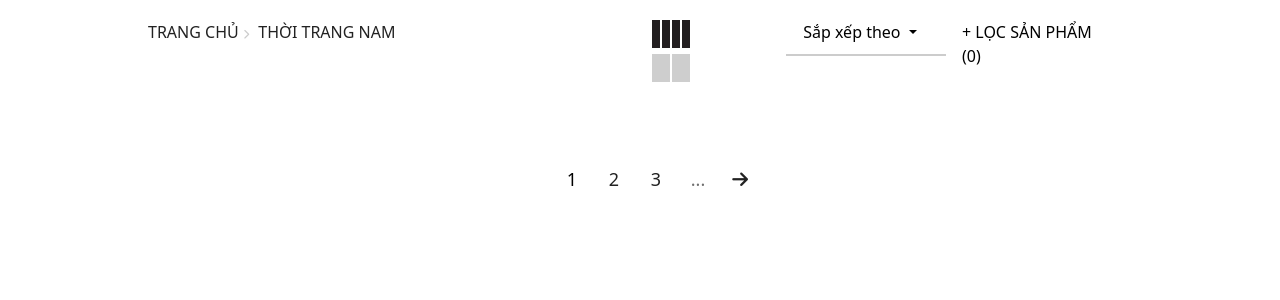
Repository: NguyenQuangQuan021099/FE_Page-Male
Page: index.html
These files come from the project's save history. The page is drawn as it stood at one moment and after a run of saves; the edit follows.
The browser window is 1280 px wide. The pictures show the whole page.
The page's requests for data from a server got no answer. Some web libraries are served in a nearby version.

Above is the page before, as saved 2021-07-09 09:14:16.

### index.html
<!DOCTYPE html>
<html lang="en">
<head>
    <meta charset="UTF-8">
    <meta http-equiv="X-UA-Compatible" content="IE=edge">
    <script src="https://kit.fontawesome.com/ce2ff1d6ed.js" crossorigin="anonymous"></script>
    <link href="https://cdn.jsdelivr.net/npm/bootstrap@5.0.1/dist/css/bootstrap.min.css" rel="stylesheet" integrity="sha384-+0n0xVW2eSR5OomGNYDnhzAbDsOXxcvSN1TPprVMTNDbiYZCxYbOOl7+AMvyTG2x" crossorigin="anonymous">
    <script src="https://code.jquery.com/jquery-3.6.0.min.js" integrity="sha256-/xUj+3OJU5yExlq6GSYGSHk7tPXikynS7ogEvDej/m4=" crossorigin="anonymous"></script>
    <meta name="viewport" content="width=device-width, initial-scale=1.0">
    <link rel="stylesheet" href="grid.css">
    <link rel="stylesheet" href="style.css">
    <title>Trang Nam</title>
</head>
<body>
<div class="grid main wide">
<!-- -------------------------Begin Nav-------------------------------------------------- -->
<div class="category__product__action row ">
    <div class="breadcrumbs col l-6">
        <a href="" title="Đi đến trang chủ">TRANG CHỦ</a>
        <i style="color: #ccc; font-size: 10px; margin-right: 5px; padding-bottom: 2px;" class="fas fa-chevron-right"></i>
        <span style="color: #222">THỜI TRANG NAM</span>
    </div>
    <div class="sub__category__product__action col l-6">
      <div class="nav-2 row ">
        <div class="toolbar__product col l-2 ">
          <a href="#" class="active" title="Lưới" ></a>
          <a href="./Danh sách/page1.html" class="disable" title="Danh sách" ></a>
        </div>
        <!-- --------------begin dropdown ------------------>
        <div class="dropdown col l-3 ">
          <button class="btn btn-secondary dropdown-toggle" type="button" id="dropdownMenuButton1" data-bs-toggle="dropdown" aria-expanded="false">
            Sắp xếp theo
          </button>
          <ul class="dropdown-menu sorter" aria-labelledby="dropdownMenuButton1" .>
            <li><a class="dropdown-item" href="#">Thứ tự chữ cái A-Z</a></li>
            <li><a class="dropdown-item" href="#">Thứ tự chữ cái Z-A</a></li>
            <li><a class="dropdown-item" href="#">Giá tăng dần</a></li>
            <li><a class="dropdown-item" href="#">Giá giảm dần</a></li>
            <li><a class="dropdown-item" href="#">Sản phẩm mới nhất</a></li>
          </ul>
        </div>
      <!-- -------------------end dropdown ---------------->

    <!-------------------- begin filter---------------- -->
  <div class="filter__toggle col l-4">
    <div class="list-group">
      <button class="list-group-item list-group-item-action actived-list" aria-current="true" >
        + LỌC SẢN PHẨM (0)
      </button>
      <div class="list-select">
        <div class="list-group-item list-group-item-action reset-close">
          <button class="reset">ĐẶT LẠI</button>
          <button class="close">ĐÓNG</button>
        </div>
        <div class="filter-option-list">
          <div class="filter-option">
            <button class="list-group-item list-group-item-action btn__item actived">NHÓM
              <div class="icon">
                <i class="fas fa-plus icon-1"></i>
                <i class="fas fa-minus icon-2"></i>
              </div>
            </button>
            <div class="item__male">
              <ul class="items">
                <li class="item"> <a href="">ÁO NAM</a></li>
                <li class="item"> <a href="">QUẦN NAM</a></li>
                <li class="item"> <a href="">GIÀY DÉP NAM</a></li>
                <li class="item"> <a href="">PHỤ KIỆN THỜI TRANG NAM</a></li>
              </ul>
            </div>
          </div>

        <div class="filter-option">
          <button class="list-group-item list-group-item-action btn__item actived">KÍCH CỠ
            <div class="icon">
              <i class="fas fa-plus icon-1"></i>
              <i class="fas fa-minus icon-2"></i>
            </div>
          </button>
          <div class="item__male">
            <ul class="items items-size">

            </ul>
          </div>
        </div>
        <div class="filter-option">
          <button class="list-group-item list-group-item-action btn__item">MÀU TRANG PHỤC</button>
        </div>
        <div class="filter-option">
        <button class="list-group-item list-group-item-action btn__item">GÍA TIỀN</button>
        </div>
        </div>
      </div>
    </div>
  </div>
  </div>
<!-- -------------------End filter--------------------- -->
</div>
</div>

<!-- --------------------End Nav----------------------- -->

<!-------------------Begin product--------------------- -->
<div class="product">
        <ol id="product-list-items" class="row">

        </ol>
</div>
<!-------------------End product--------------------- -->

<!-- -------------Begin pagination --------------------->
<div class="pagination ">
  <ul class="list__pag ">
    <li class="item__current"><a href="#">1</a></li>
        <li class="item"><a href="#">2</a></li>
        <li class="item"><a href="#">3</a></li>
        <li class="item"><span>...</span></li>
        <li class="item__next"><a href="#" title="Tiếp theo"><i class="fas fa-arrow-right"></i></a></li>
  </ul>
</div>
<!-- -------------End pagination ---------------------->
</div>
    <script src="./app.js"></script>
    <script src="https://cdn.jsdelivr.net/npm/@popperjs/core@2.9.2/dist/umd/popper.min.js" integrity="sha384-IQsoLXl5PILFhosVNubq5LC7Qb9DXgDA9i+tQ8Zj3iwWAwPtgFTxbJ8NT4GN1R8p" crossorigin="anonymous"></script>
    <script src="https://cdn.jsdelivr.net/npm/bootstrap@5.0.1/dist/js/bootstrap.min.js" integrity="sha384-Atwg2Pkwv9vp0ygtn1JAojH0nYbwNJLPhwyoVbhoPwBhjQPR5VtM2+xf0Uwh9KtT" crossorigin="anonymous"></script>
</body>
</html>

### grid.css
.grid{
    width: 100%;
    display: block;
    padding: 0;
}

.grid.wide{
    max-width: 1200px;
    margin: 0 auto;
}

.row{
    display: flex;
    flex-wrap: wrap;
    margin-left: -4px;
    margin-right: -4px;
}

.row.no-gutters{
    margin-left: 0;
    margin-right: 0;
}

.col{
    padding-left: 4px;
    padding-right: 4px;
}

.row.no-gutters .col{
    margin-left: 0;
    margin-right: 0;
}
/* c - làm cho mobile */
.c-0{
    display: none;
}

.c-1{
    flex: 0 0 8.33333%;
    max-width: 8.33333%;
}

.c-2{
    flex: 0 0 16.66667%;
    max-width: 16.666667%;
}

.c-3{
    flex: 0 0 25%;
    max-width: 25%;
}

.c-4{
    flex: 0 0 33.33333%;
    max-width: 33.33333% ;
}

.c-5{
    flex: 0 0 41.66667%;
    max-width: 41.66667% ;
}

.c-6{
    flex: 0 0 50%;
    max-width: 50% ;
}

.c-7{
    flex: 0 0 58.33333%;
    max-width: 58.33333% ;
}

.c-8{
    flex: 0 0 66.66667%;
    max-width: 66.66667% ;
}

.c-9{
    flex: 0 0 75%;
    max-width: 75% ;
}

.c-10{
    flex: 0 0 83.33333%;
    max-width: 83.33333% ;
}

.c-11{
    flex: 0 0 91.66667%;
    max-width: 91.66667% ;
}

.c-12{
    flex: 0 0 100%;
    max-width: 100% ;
}

.c-o-1{
    margin-left: 8.33333%;
}

.c-o-2{
    margin-left: 16.666667%;
}

.c-o-3{
    margin-left: 25%;
}

.c-o-4{
    margin-left: 33.33333% ;
}

.c-o-5{
    margin-left: 41.66667% ;
}

.c-o-6{
    margin-left: 50% ;
}

.c-o-7{
    margin-left: 58.33333% ;
}

.c-o-8{
    margin-left: 66.66667% ;
}

.c-o-9{
    margin-left: 75% ;
}

.c-o-10{
    margin-left: 83.33333% ;
}

.c-o-11{
    margin-left: 91.66667% ;
}

/* Tablet ~ PC low resolution */
@media (min-width: 740px) and (max-width: 1023px) {
    .wide{
        width: 644px;
    }

    .col{
        padding-left: 4px;
        padding-right: 4px;
    }
}


/* >= Tablet */
@media (min-width: 740px)  {
   .row{
    margin-left: -8px;
    margin-right: -8px;
   }

   .col{
    padding-left: 4px;
    padding-right: 4px;
    }

    .m-0{
        display: none;
    }

    .m-1,
    .m-2,
    .m-3,
    .m-4,
    .m-5,
    .m-6,
    .m-7,
    .m-8,
    .m-9,
    .m-10,
    .m-11,
    .m-12{
        display: block;
    }

    .m-1{
        flex: 0 0 8.33333%;
        max-width: 8.33333%;
    }

    .m-2{
        flex: 0 0 16.66667%;
        max-width: 16.666667%;
    }

    .m-3{
        flex: 0 0 25%;
        max-width: 25%;
    }

    .m-4{
        flex: 0 0 33.33333%;
        max-width: 33.33333% ;
    }

    .m-5{
        flex: 0 0 41.66667%;
        max-width: 41.66667% ;
    }

    .m-6{
        flex: 0 0 50%;
        max-width: 50% ;
    }

    .m-7{
        flex: 0 0 58.33333%;
        max-width: 58.33333% ;
    }

    .m-8{
        flex: 0 0 66.66667%;
        max-width: 66.66667% ;
    }

    .m-9{
        flex: 0 0 75%;
        max-width: 75% ;
    }

    .m-10{
        flex: 0 0 83.33333%;
        max-width: 83.33333% ;
    }

    .m-11{
        flex: 0 0 91.66667%;
        max-width: 91.66667% ;
    }

    .m-12{
        flex: 0 0 100%;
        max-width: 100% ;
    }

    .m-o-1{
        margin-left: 8.33333%;
    }

    .m-o-2{
        margin-left: 16.666667%;
    }

    .m-o-3{
        margin-left: 25%;
    }

    .m-o-4{
        margin-left: 33.33333% ;
    }

    .m-o-5{
        margin-left: 41.66667% ;
    }

    .m-o-6{
        margin-left: 50% ;
    }

    .m-o-7{
        margin-left: 58.33333% ;
    }

    .m-o-8{
        margin-left: 66.66667% ;
    }

    .m-o-9{
        margin-left: 75% ;
    }

    .m-o-10{
        margin-left: 83.33333% ;
    }

    .m-o-11{
        margin-left: 91.66667% ;
    }



}

/* > PC low resolution */
@media (min-width: 1113px)  {
    .row{
        margin-left: -12px;
        margin-right: -12px;
       }

    .col{
        padding-left: 4px;
        padding-right: 4px;
    }

    .l-0{
        display: none;
    }

    .l-1,
    .l-2,
    .l-3,
    .l-4,
    .l-5,
    .l-6,
    .l-7,
    .l-8,
    .l-9,
    .l-10,
    .l-11,
    .l-12{
        display: block;
    }

    .l-1{
        flex: 0 0 8.33333%;
        max-width: 8.33333%;
    }

    .l-2{
        flex: 0 0 16.66667%;
        max-width: 16.666667%;
    }

    .l-3{
        flex: 0 0 25%;
        max-width: 25%;
    }

    .l-4{
        flex: 0 0 33.33333%;
        max-width: 33.33333% ;
    }

    .l-5{
        flex: 0 0 41.66667%;
        max-width: 41.66667% ;
    }

    .l-6{
        flex: 0 0 50%;
        max-width: 50% ;
    }

    .l-7{
        flex: 0 0 58.33333%;
        max-width: 58.33333% ;
    }

    .l-8{
        flex: 0 0 66.66667%;
        max-width: 66.66667% ;
    }

    .l-9{
        flex: 0 0 75%;
        max-width: 75% ;
    }

    .l-10{
        flex: 0 0 83.33333%;
        max-width: 83.33333% ;
    }

    .l-11{
        flex: 0 0 91.66667%;
        max-width: 91.66667% ;
    }

    .l-12{
        flex: 0 0 100%;
        max-width: 100% ;
    }

    .l-o-1{
        margin-left: 8.33333%;
    }

    .l-o-2{
        margin-left: 16.666667%;
    }

    .l-o-3{
        margin-left: 25%;
    }

    .l-o-4{
        margin-left: 33.33333% ;
    }

    .l-o-5{
        margin-left: 41.66667% ;
    }

    .l-o-6{
        margin-left: 50% ;
    }

    .l-o-7{
        margin-left: 58.33333% ;
    }

    .l-o-8{
        margin-left: 66.66667% ;
    }

    .l-o-9{
        margin-left: 75% ;
    }

    .l-o-10{
        margin-left: 83.33333% ;
    }

    .l-o-11{
        margin-left: 91.66667% ;
    }
}


/* PC low resolution */
@media (min-width: 1024px) and (max-width: 1366px) {
    .wide{
        width: 984px;
    }

    .wide .row{
        margin-left: -12px;
        margin-right: -12px;
    }

    .wide .col{
        padding-left: 12px;
        padding-right: 12px;
    }

    .wide .l-0{
        display: none;
    }

    .wide .l-1,
    .wide .l-2,
    .wide .l-3,
    .wide .l-4,
    .wide .l-5,
    .wide .l-6,
    .wide .l-7,
    .wide .l-8,
    .wide .l-9,
    .wide .l-10,
    .wide .l-11,
    .wide .l-12{
        display: block;
    }

    .wide .l-1{
        flex: 0 0 8.33333%;
        max-width: 8.33333%;
    }

    .wide .l-2{
        flex: 0 0 16.66667%;
        max-width: 16.666667%;
    }

    .wide .l-3{
        flex: 0 0 25%;
        max-width: 25%;
    }

    .wide .l-4{
        flex: 0 0 33.33333%;
        max-width: 33.33333% ;
    }

    .wide .l-5{
        flex: 0 0 41.66667%;
        max-width: 41.66667% ;
    }

    .wide .l-6{
        flex: 0 0 50%;
        max-width: 50% ;
    }

    .wide .l-7{
        flex: 0 0 58.33333%;
        max-width: 58.33333% ;
    }

    .wide .l-8{
        flex: 0 0 66.66667%;
        max-width: 66.66667% ;
    }

    .wide .l-9{
        flex: 0 0 75%;
        max-width: 75% ;
    }

    .wide .l-10{
        flex: 0 0 83.33333%;
        max-width: 83.33333% ;
    }

    .wide .l-11{
        flex: 0 0 91.66667%;
        max-width: 91.66667% ;
    }

    .wide .l-12{
        flex: 0 0 100%;
        max-width: 100% ;
    }

    .wide .l-o-1{
        margin-left: 8.33333%;
    }

    .wide .l-o-2{
        margin-left: 16.666667%;
    }

    .wide .l-o-3{
        margin-left: 25%;
    }

    .wide .l-o-4{
        margin-left: 33.33333% ;
    }

    .wide .l-o-5{
        margin-left: 41.66667% ;
    }

    .wide .l-o-6{
        margin-left: 50% ;
    }

    .wide .l-o-7{
        margin-left: 58.33333% ;
    }

    .wide .l-o-8{
        margin-left: 66.66667% ;
    }

    .wide .l-o-9{
        margin-left: 75% ;
    }

    .wide .l-o-10{
        margin-left: 83.33333% ;
    }

    .wide .l-o-11{
        margin-left: 91.66667% ;
    }


}

### style.css
*{
    margin: 0;
    padding: 0;
    box-sizing: border-box;
}

html{
    font-family: Arial, Helvetica, sans-serif;
}

a, a:hover{
    color: #222;
    text-decoration: none;
}

.category__product__action{
    margin: 10px 0 50px 0;

}

.breadcrumbs {
    margin-top: 10px;
}

.sub__category__product__action{

}


.toolbar__product{
    margin-top: 10px;
    display: flex;
}
.toolbar__product a{
    height: 28px;
    display: inline-block;
    width: 38px;
    background-repeat: no-repeat;
}

.toolbar__product .active{
    background-image: url(./img/grid4active.svg);
    padding-right: 52px;
}

.toolbar__product .disable{
    background-image: url(./img/grid2disable.svg);
}

/* Dropdown css */
.dropdown{
    margin: 0 50px;
}

.btn-secondary {
    width: 160px;
    height: 46px;
    color: black;
    background-color: white;
    border-style: none;
    border-bottom: 2px solid #ccc;
    border-radius: 0px;
    padding: 0 25px 0 13px;
}


.btn-secondary:hover{
    color: black;
    background-color: white;
    border-bottom: 1px solid #ccc;

}

.btn-check:focus+.btn-secondary, .btn-secondary:focus {
    color: black;
    background-color: #fff;
    border-color: rgb(54, 52, 52);
    box-shadow: none;
    outline: none;
}
.sorter .dropdown-item:hover {
    color: white;
    background-color: #1777f2;
}

/* End dropdown */

/*  product items css */
/* filter css */
.list-group .actived-list{
    background-color: #fff;
    border-style: none;
    color:black ;
    padding: 0;
}

.reset-close{
    width: 100%;
    padding: 20px 0 ;
    display: flex;
    justify-content: space-between;
    border-style: none;
    border-bottom: 1px solid black;
    position: relative;

}
.reset-close button{
    font-size: 18px;
    margin: 0 30px;
    border-style: none;
    background-color: #fff;
}


/* begin filter */
.filter__toggle{
    margin-top: 10px;
}

.list-select{
    width: 25.8%;
    height: 100%;
    position: fixed;
    display: none;
    top: 0;
    right: 0;
    z-index: 2;
    background-color: #fff;
    border-left: 1px solid black;
    animation: mymove ease-in-out .8s;
}

.list-group-item-action:hover{
    background-color: #fff;
}

.list-select button{
   font-size: 18px;
}

.btn__item{
    padding-left: 30px;
    display: flex;
    justify-content: space-between;
}

.list-group .item__male ul li{
    list-style: none;
    padding-top: 8px;
}

.filter-option-list{
    height: 95vh;
    overflow-y: scroll;
}

.filter-option{
    border-bottom: 1px solid black;
}

.filter-option button .icon{
   display: inline-block;

}

.filter-option button .icon .icon-1{
    display: none;
}


@keyframes mymove{
    0%{
        right: -100%;
    }

    100%{
        right: 0;
    }
}

/* end filter css */
/* product items css */
.product{
     max-width: 100%;
     padding-left: 12px;
}

.product ol{
    display: flex;
    flex-wrap: wrap;
    padding-left: 0;
}

.product #product-list-items .product-items{
    width: 25%;
    list-style: none;
    margin-bottom: 30px;
}

li .renderItems  a img{
    width: 100%;
    object-fit: cover;
    padding: 3px;
}

li .renderItems  .sub__div{
    padding-top: 16px;
}

li .renderItems .sub__div .title{
    color: #222;
    font-weight: 500;
    text-transform: uppercase;
    font-size: 12px;
    text-decoration: none;
}

li .renderItems .sub__div .price{
    opacity: 0.7;
    font-size: 16px;
    font-family: Roboto;
}

li .renderItems .sub__div a{
    position: relative;
    display: inline-block;
}

li .renderItems .sub__div .img__mini{
    width: 22px;
    height: 22px;
}

li .renderItems .sub__div a img{
    width: 100%;
    object-fit: none;
}

li .renderItems .sub__div a img:hover{
    border: 1px solid black;
}

li .renderItems .sub__div a .sub__content{
    position: absolute;
    padding: 10px 30px;
    border: 1px solid black;
    border-radius: 5px;
    background-color: #fff;
    top: -50px;
    display: none;
}

li .renderItems .sub__div a:hover .sub__content{
    display: block;
}

/* End product items */

/* Begin pagination */
.pagination{
    display: block;
}

.pagination ul{
    display: flex;
    justify-content: center;
}
.pagination ul li{
    list-style: none;
    width: 30px;
    height: 30px;
    font-size: 18px;
    color: #707070;
    margin: 12px 6px;
    text-align: center;
}

.pagination ul .item__current a{
    color: black;
}

.pagination ul li:hover a{
    background-color: #ccc;
    border-radius: 2px;
    padding: 6px 12px;
}

/* End paginaton */

/* Responsive */


@media (max-width: 1023px) {

    .toolbar__product{
        display: none;
    }

}

@media (min-width: 1024px) and (max-width: 1366px){
    .category__product__action{
        position: relative;
    }

    .sub__category__product__action{

    }


}

### app.js
let itemAPI = "http://localhost:3000/items";
let sizeAPI = "http://localhost:3000/listSize";

function start() {
    getItem(renderItems);
    getSize(renderListSize);
}
start();

// lay ra item
function getItem(callback) {
    fetch(itemAPI)
    .then(function(response){
        return response.json();
    })
    .then(callback);
}

//render item
function renderItems(items){
    let listItemsBlock = document.querySelector("#product-list-items");
    let htmls = items.map(function(item){
        return `
        <li class="product-items col m-6 c-6 l-3">
            <div class="renderItems">
                <a href=""><img src="${item.image}" alt="" srcset=""></a>

                <div class="sub__div">

                    <a href="#" class="title"> ${item.title} </a> <br>

                    <span class="price">${item.price}</span> <br>

                        <a class="img__mini" href="#"> <img src="${item.miniimg}">
                            <div class="sub__content">
                                ${item.contentmini1}
                            </div>
                        </a>
                </div>
            </div>
        </li>
        `;
    });
    listItemsBlock.innerHTML = htmls.join('');
}

// render list size clothing
function getSize(callback) {
    fetch(sizeAPI)
    .then(function(response){
        return response.json();
    })
    .then(callback);
}

function renderListSize(listSize){
    let listSizeBlock = document.querySelector(".items-size");
    console.log(listSizeBlock);
    let htmls = listSize.map(function(size){
        return `
            <li class="item"> <a href=""> ${size.sizeClothing}</a></li>
        `;
    });
    listSizeBlock.innerHTML = htmls.join('');
    console.log(htmls);
}


// $('.show-hide').on("click", function(e){
//     $(this).find('.hide').css("display", "none");
//     $(this).find('.show').css("display", "block");
//     e.preventDefault();
// })


// filter actived
$('.actived-list, .close').on("click", function(){
    $(this).parent('.list-group').find('.list-select').toggle();
    $(this).parents('.list-select').toggle();

})

$('.actived, .not-actived').on("click", function(){
    $(this).find('.icon-1').toggle();
    $(this).find('.icon-2').toggle();
    $(this).parent('.filter-option').find('.item__male').toggle();
        if ($(this).hasClass('actived')) {
            $(this).removeClass('actived').addClass('not-actived');
        } else {
                $(this).removeClass('not-actived').addClass('actived');
        }
})


$('.reset').on("click", function(){
   $(this).parents('.list-select').find('.item__male').show();
   $(this).parents('.list-select').find('.icon-1').hide();
   $(this).parents('.list-select').find('.icon-2').show();
})

After the next 3 saves:
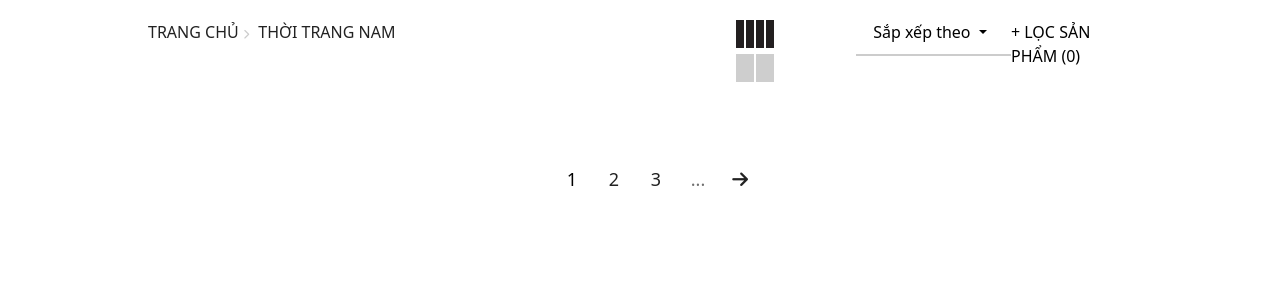
The 3 saves are shown as one change because they came seconds apart.
The last was saved 10 s later.
--- a/index.html
+++ b/index.html
@@ -15,12 +15,12 @@
 <div class="grid main wide">
 <!-- -------------------------Begin Nav-------------------------------------------------- -->
 <div class="category__product__action row ">
-    <div class="breadcrumbs col l-6">
+    <div class="breadcrumbs col l-7">
         <a href="" title="Đi đến trang chủ">TRANG CHỦ</a>
         <i style="color: #ccc; font-size: 10px; margin-right: 5px; padding-bottom: 2px;" class="fas fa-chevron-right"></i>
         <span style="color: #222">THỜI TRANG NAM</span>
     </div>
-    <div class="sub__category__product__action col l-6">
+    <div class="sub__category__product__action col l-5">
       <div class="nav-2 row ">
         <div class="toolbar__product col l-2 ">
           <a href="#" class="active" title="Lưới" ></a>
